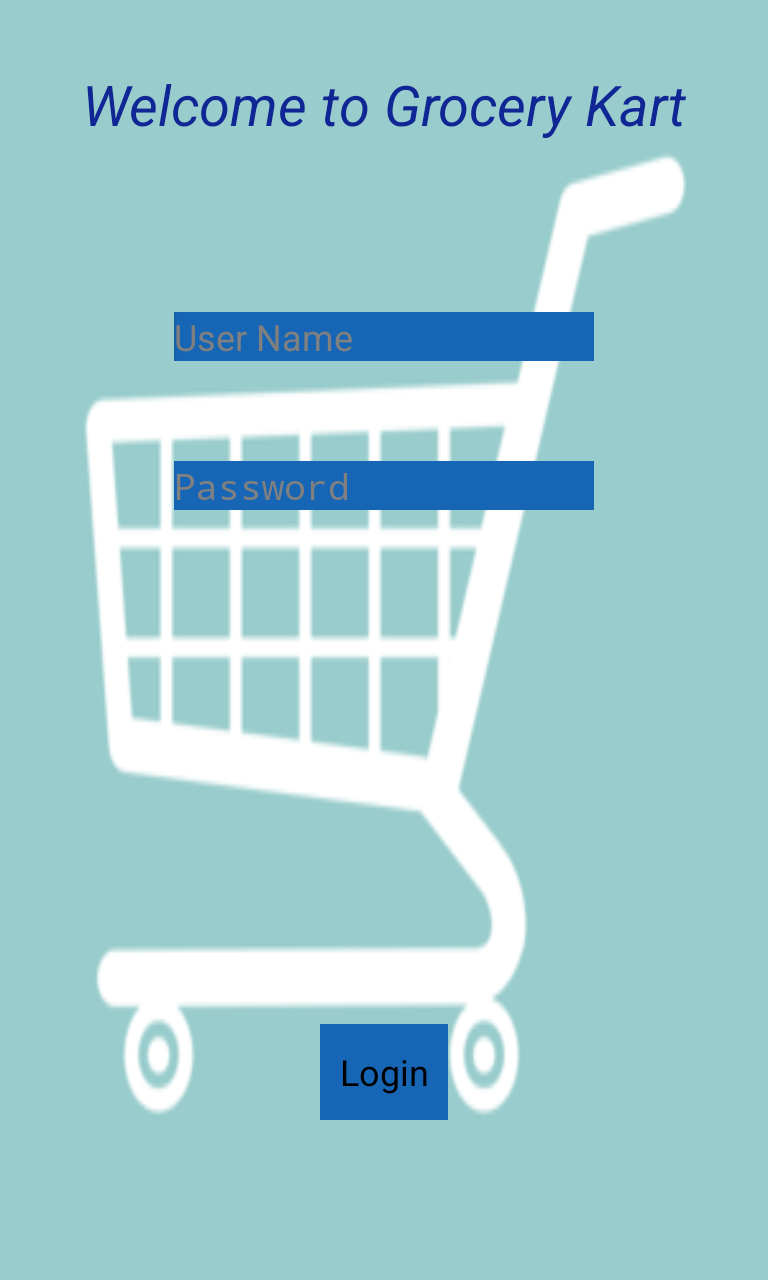
Repository: Shruthi06/designed-droid
Layout: explicitIntent_assignment/res/layout/activity_main.xml
The author's editor kept a copy of each file at every save. The layout is drawn from the files as they stood at one save, then again after the next save.
It is drawn on a 768 x 1280 px phone screen (xhdpi) without system bars, with theme AppTheme; the app's code is not run.

Above is the layout before, as saved 2016-02-03 11:22:20.

After the next save:
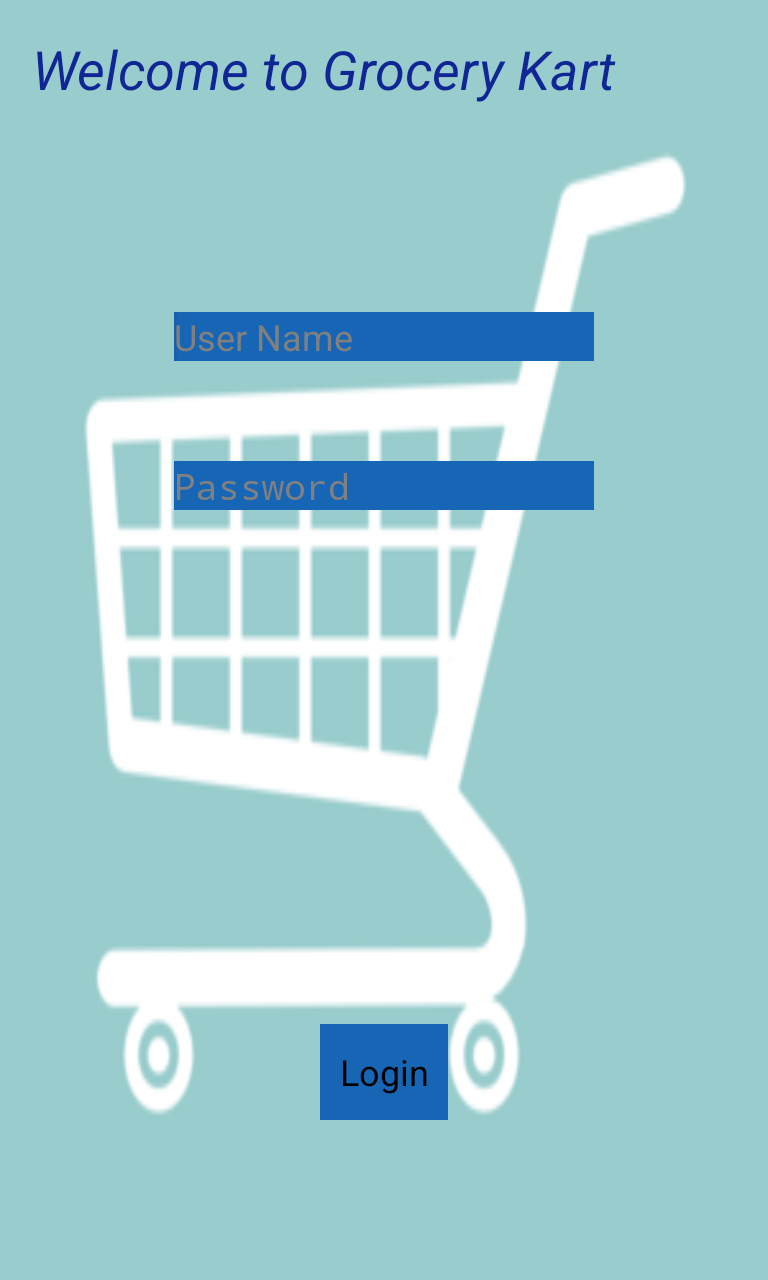
Saved 28 s later.
--- a/explicitIntent_assignment/res/layout/activity_main.xml
+++ b/explicitIntent_assignment/res/layout/activity_main.xml
@@ -49,13 +49,12 @@
         android:id="@+id/textView1"
         android:layout_width="wrap_content"
         android:layout_height="wrap_content"
-        android:layout_alignParentTop="true"
-        android:layout_centerHorizontal="true"
-        android:layout_marginTop="17dp"
+        android:layout_alignParentLeft="true"
+        android:layout_alignParentRight="true"
         android:text="Welcome to Grocery Kart"
         android:textAppearance="?android:attr/textAppearanceLarge"
         android:textColor="#102694"
-        android:textSize="28dp"
+        android:textSize="27dp"
         android:textStyle="italic" />
 
 </RelativeLayout>
